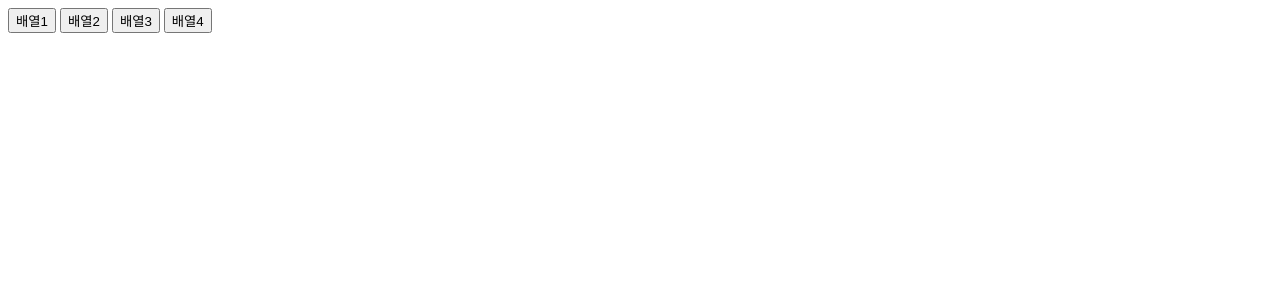
Repository: sagong0/servlet
Page: web/src/main/webapp/array1.html
The author's editor kept a copy of each file at every save. The page is drawn from the files as they stood at one save, then again after the next save.
The browser window is 1280 px wide. The pictures show the whole page.

Above is the page before, as saved 2023-08-09 02:59:37.

### web/src/main/webapp/array1.html
<!DOCTYPE html>
<html>
<head>
<meta charset="UTF-8">
<title>배열구조 생성법 및 콘솔출력 1</title>
</head>
<body>
<input type="button" value="배열1" onclick="aaa()">
<input type="button" value="배열2" onclick="bbb()">
<input type="button" value="배열3" onclick="ccc()">
<input type="button" value="배열4" onclick="ddd()">

<div id="box"></div>
<script>
	var html = document.getElementById("box");
	function aaa(){
		// {} 배열 구조는 대표키가 있으며, 단 대표키는 중복X.
		var data = {
			"myinfo1":["홍길동","25","hong@nate.com"],
			"myinfo2":["김유신","30","kim@nate.com"]
		};
		console.log(data);
	}
	function bbb(){
		// 대표키 (Table 명), 대표키 안에 각각의 파트별로 보조키(컬럼명)을 이용하여
		// 배열을 설계하는 방식
		var data = {
			"myinfo" : [
			{
				"id": "hong",
				"name":"홍길동",
				"age" : "25"
			},
			{
				"id": "kim",
				"name":"kim길동",
				"age" : "30"
			}
			]
		}
		console.log(data)
	}
	function ccc(){
		// 대표키(Table명) 이며, 그 외에 2차배열 형태로 데이터값을 순서대로
		// 나열하여 출력하는 배열 형태.
		var data = {
			"myinfo" :[
				["hong","25","hong@nate.com"],
				["kim","30","kim@nate.com"]
			]
		};

		console.log(data);
	}
	function ddd(){
		// 복합키
		var data = {
			"myinfo" : [
				{
					"id" : "hong", "name" :"홍길동", "age":"25",
					"log_history":[
						{"last_day": "2023-08-09"}
					]
				},
				{
					"id" : "kim", "name" :"김유신", "age":"30",
					"log_history":[
						{"last_day": ""}
					]
				}
			]
		}
		console.log(data);
	}

</script>

</body>
</html>

After the next save:
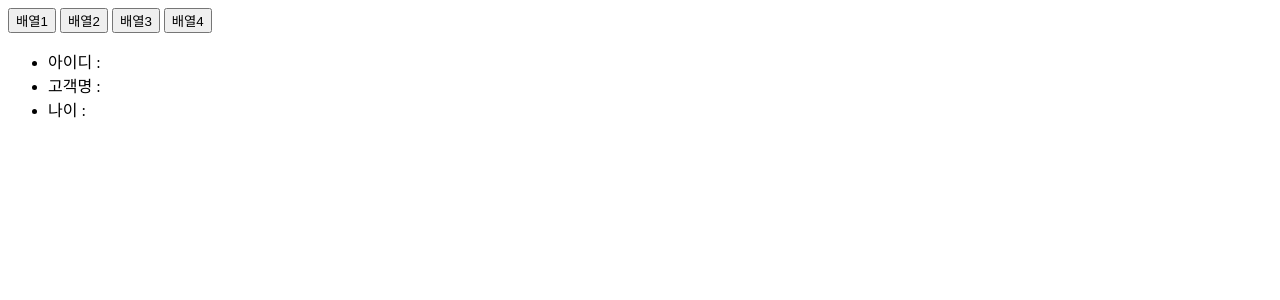
Saved 3 min 45 s later.
--- a/web/src/main/webapp/array1.html
+++ b/web/src/main/webapp/array1.html
@@ -10,7 +10,13 @@
 <input type="button" value="배열3" onclick="ccc()">
 <input type="button" value="배열4" onclick="ddd()">
 
-<div id="box"></div>
+<div id="box">
+	<ul>
+		<li>아이디 : </li>
+		<li>고객명 : </li>
+		<li>나이 : </li>
+	</ul>
+</div>
 <script>
 	var html = document.getElementById("box");
 	function aaa(){

After the 2 saves that followed:
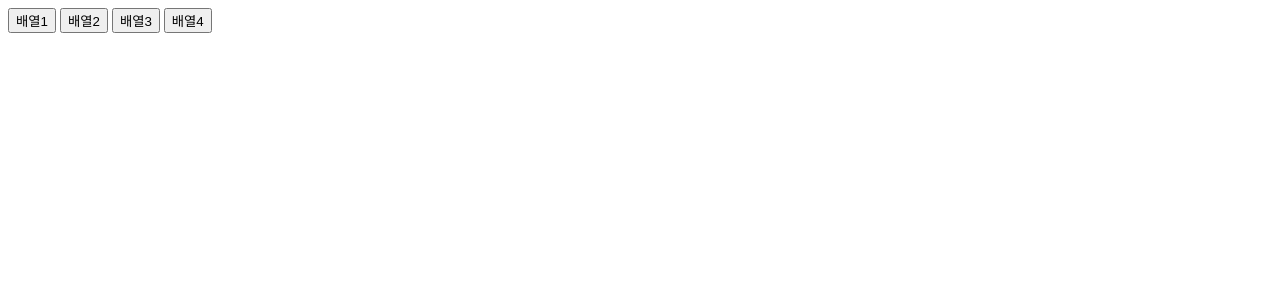
The 2 saves are shown as one change because they came seconds apart.
The last was saved 97 s later.
--- a/web/src/main/webapp/array1.html
+++ b/web/src/main/webapp/array1.html
@@ -11,11 +11,13 @@
 <input type="button" value="배열4" onclick="ddd()">
 
 <div id="box">
+	<!--
 	<ul>
 		<li>아이디 : </li>
 		<li>고객명 : </li>
 		<li>나이 : </li>
 	</ul>
+	-->
 </div>
 <script>
 	var html = document.getElementById("box");
@@ -44,7 +46,7 @@
 			}
 			]
 		}
-		console.log(data)
+		console.log(data["myinfo"].length);
 	}
 	function ccc(){
 		// 대표키(Table명) 이며, 그 외에 2차배열 형태로 데이터값을 순서대로
